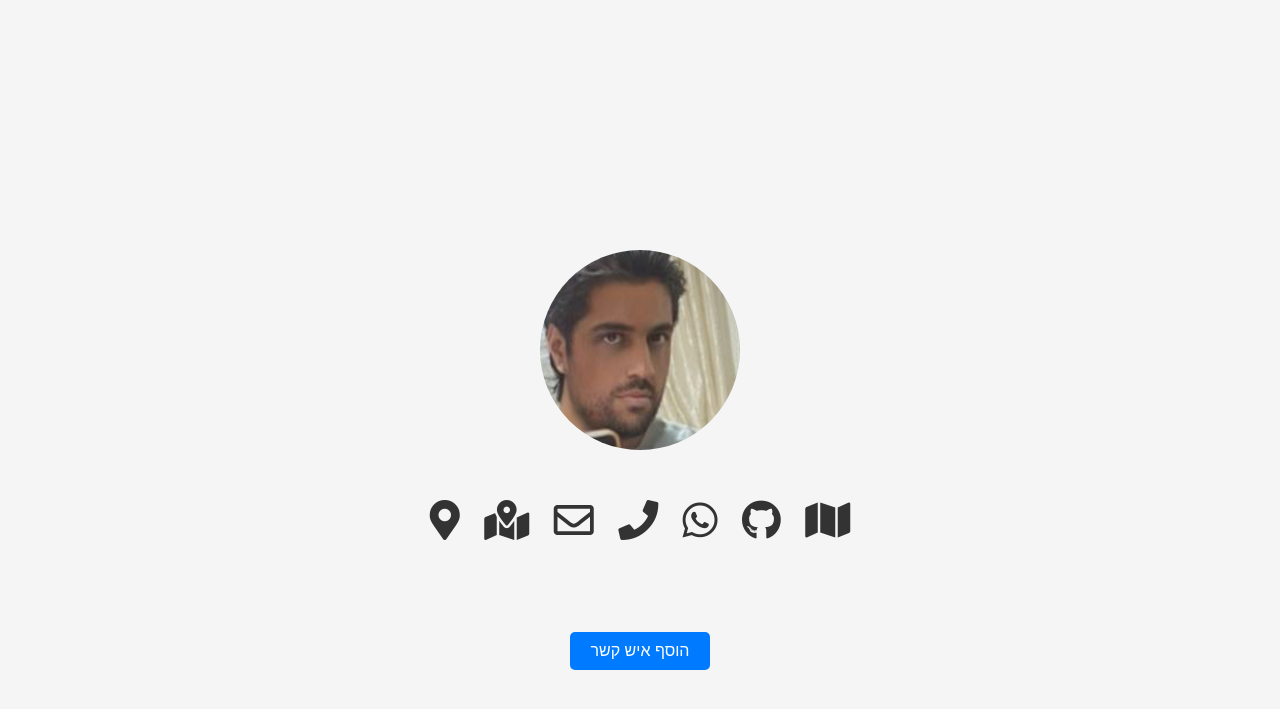
Repository: RL20/Business-Card
Page: index.html
An editor plug-in stored every save of this project. The page is shown before and after the next save, followed by the edit.
The browser window is 1280 px wide. The pictures show the whole page.

Above is the page before, as saved 2024-05-15 03:44:07.

After the next save:
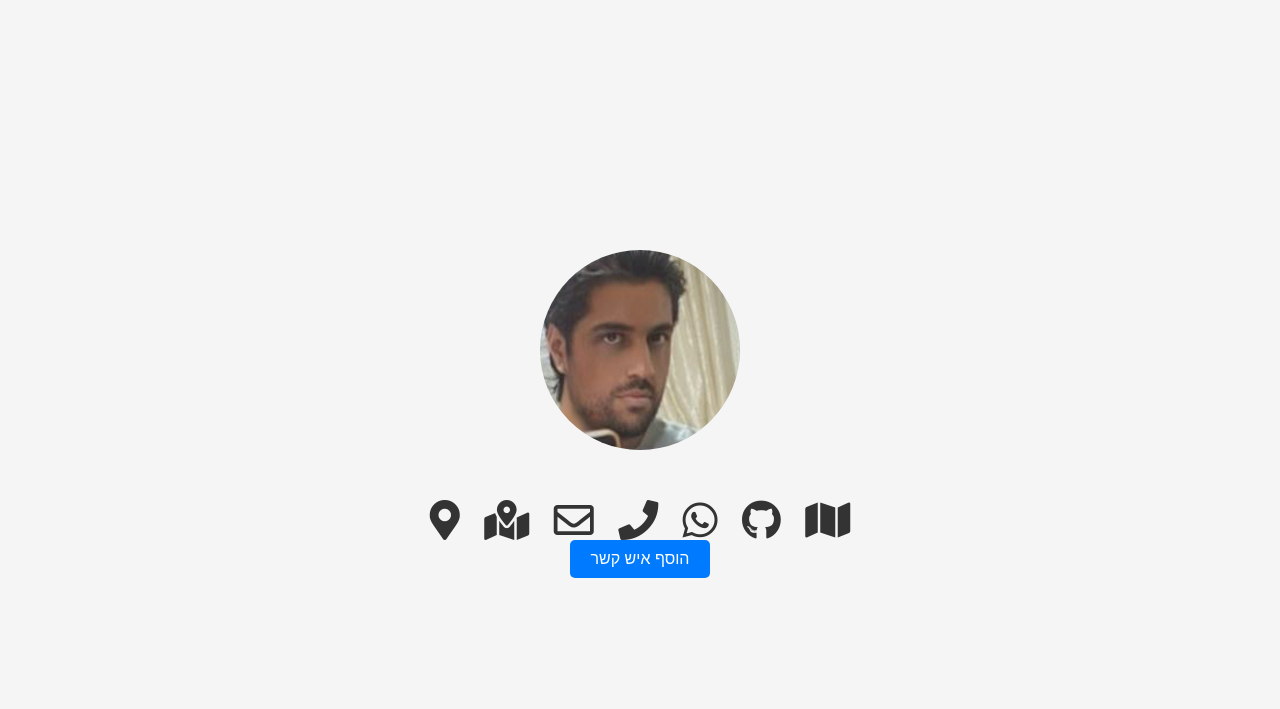
Saved 2 min 32 s later.
--- a/index.html
+++ b/index.html
@@ -16,6 +16,7 @@
         align-items: center;
         /* justify-content: center; */
         justify-content: space-between;
+        justify-content: flex-start
         min-height: 100vh;
       }
       .icons {

After the 2 saves that followed:
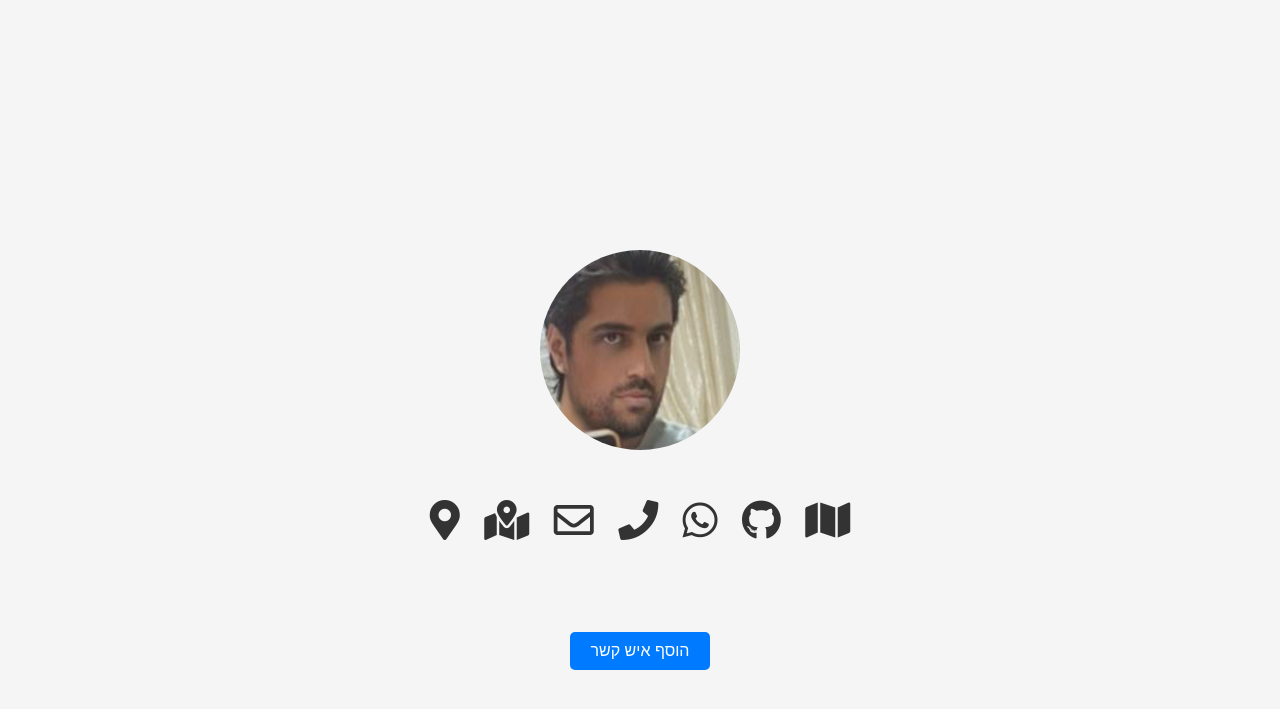
The 2 saves are shown as one change because 1 left the picture as it was.
The last was saved 24 s later.
--- a/index.html
+++ b/index.html
@@ -16,7 +16,6 @@
         align-items: center;
         /* justify-content: center; */
         justify-content: space-between;
-        justify-content: flex-start
         min-height: 100vh;
       }
       .icons {
